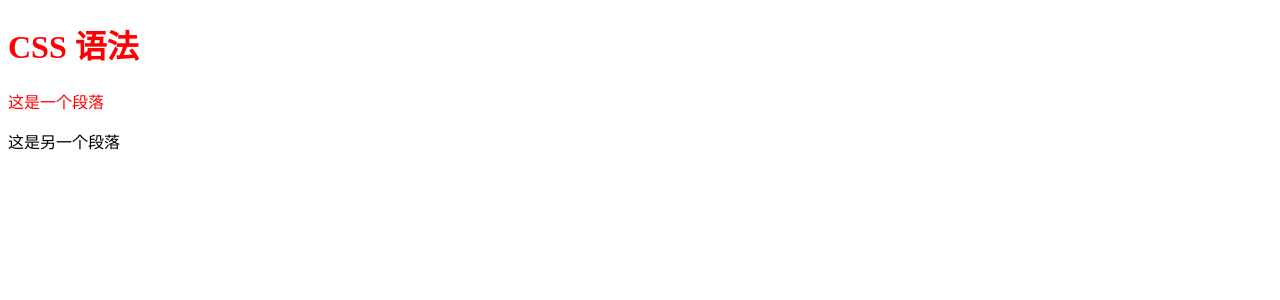
Repository: nanfengovo/CSS
Page: index_2.html
An editor plug-in stored every save of this project. The page is shown before and after the next save, followed by the edit.
The browser window is 1280 px wide. The pictures show the whole page.

Above is the page before, as saved 2024-12-31 22:08:08.

### index_2.html
<!DOCTYPE html>
<html lang="en">
<head>
    <meta charset="UTF-8">
    <meta name="viewport" content="width=device-width, initial-scale=1.0">
    <title>Document</title>
    <style>
        header {
            color: red;
        }
    </style>
</head>
<body>
    <header id="my_header">
        <h1>CSS 语法</h1>
        <p>这是一个段落</p>
    </header>
    <p>这是另一个段落</p>
</body>
</html>

After the next save:
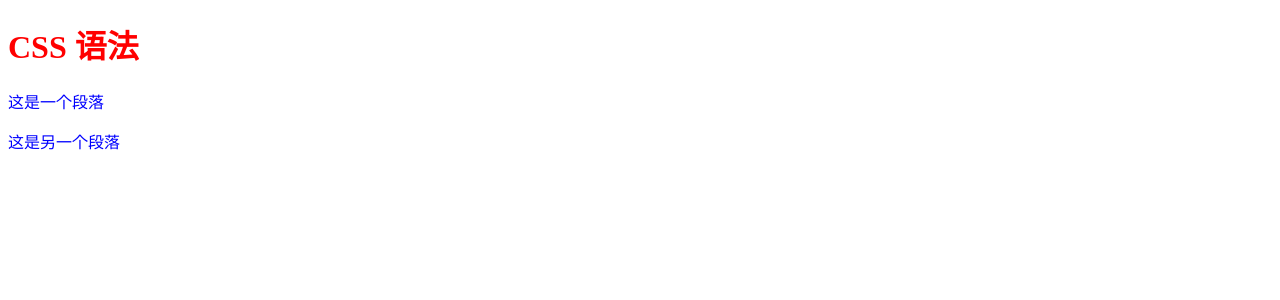
Saved 23 s later.
--- a/index_2.html
+++ b/index_2.html
@@ -7,6 +7,9 @@
     <style>
         header {
             color: red;
+        }
+        p {
+            color: blue;
         }
     </style>
 </head>
